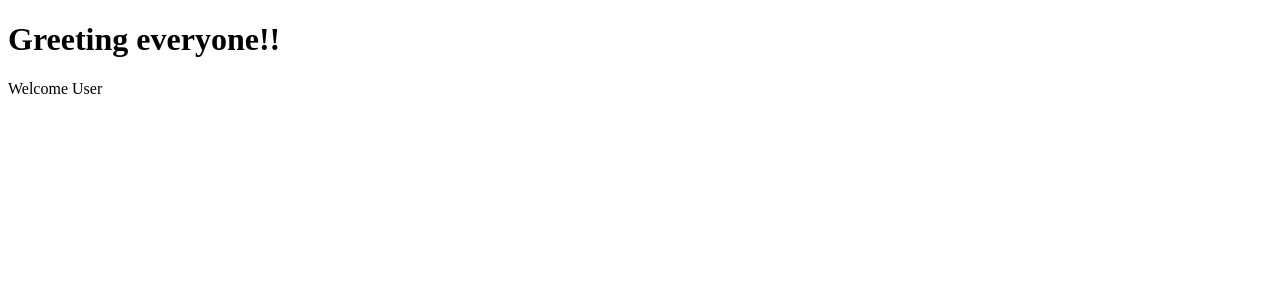
Repository: shalini06mittal/SynechronSpringBootMS
Page: http://localhost/SpringWebMVCDemo/profile.jsp
These files come from the project's save history. The page is drawn as it stood at one moment and after the next save; the edit follows.
The browser window is 1280 px wide. The pictures show the whole page.
The page is served by Tomcat 9.

Above is the page before, as saved 2023-12-04 08:45:28.

After the next save:
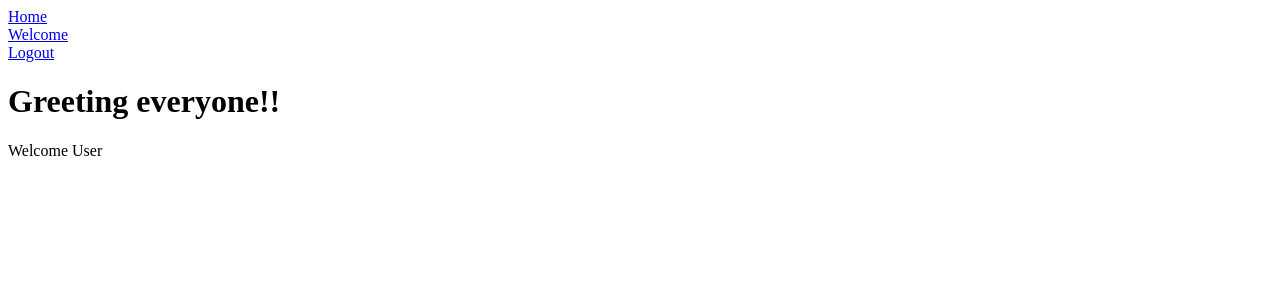
Saved 2 min 12 s later.
--- a/SpringWebMVCDemo/src/main/webapp/profile.jsp
+++ b/SpringWebMVCDemo/src/main/webapp/profile.jsp
@@ -7,6 +7,15 @@
 <title>Insert title here</title>
 </head>
 <body>
+<div>
+	<a href="index.jsp">Home</a>
+</div>
+<div>
+	<a href="welcome">Welcome</a>
+</div>
+<div>
+	<a href="logout">Logout</a>
+</div>
 <h1>Greeting everyone!!</h1>
 <p>Welcome User</p>
 
